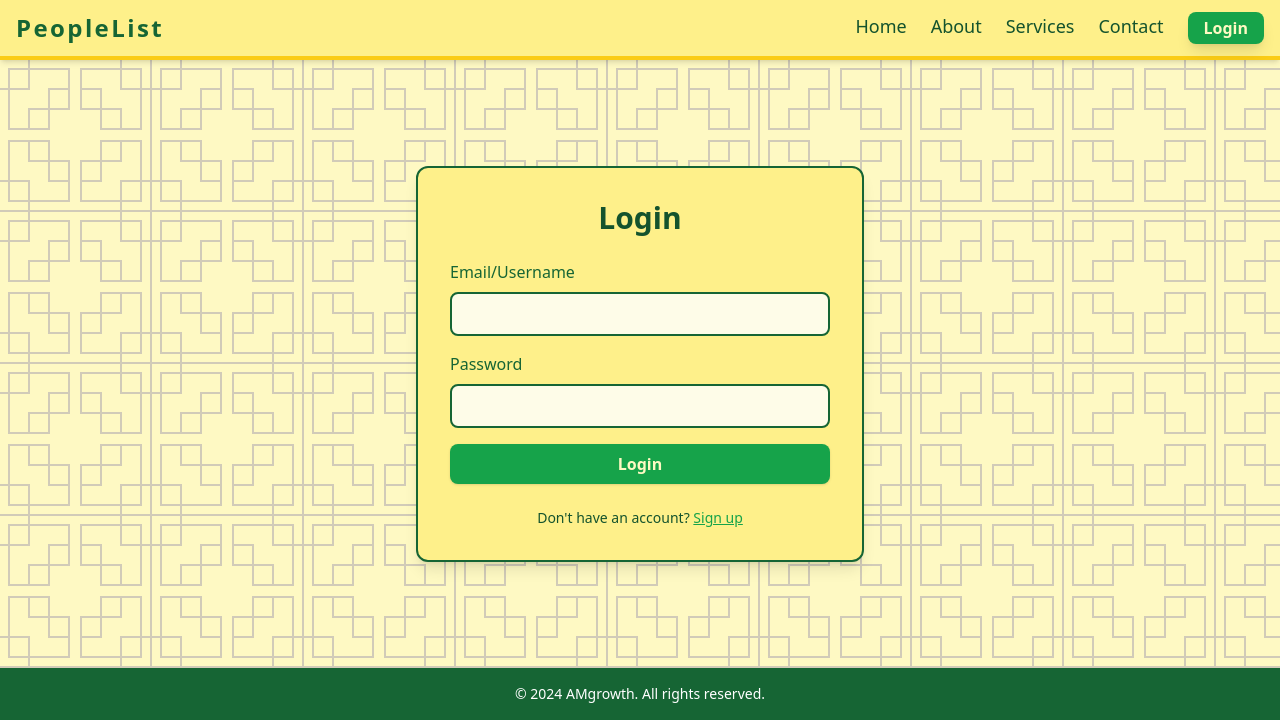
Repository: ArievfRahman-Dev/Mini-Project-II
Page: /login (app in miniproject2/)
These files come from the project's save history. The page is drawn as it stood at one moment and after the next save; the edit follows.
The browser window is 1280 px wide. The pictures show the whole page.
The project was rebuilt for these pictures with package versions that can differ from the ones it lists, and the page was loaded fresh each time. Also part of the build but not shown: miniproject2/vite.config.js, miniproject2/src/pages/HomePage/index.jsx, miniproject2/src/pages/DetailUser/index.jsx, miniproject2/src/pages/RegisterPages/index.jsx, miniproject2/src/routes/ProtectedRoute.jsx.

Above is the page before, as saved 2024-12-24 08:59:26.

### miniproject2/index.html
<!DOCTYPE html>
<html lang="en">
  <head>
    <meta charset="UTF-8" />
    <link rel="icon" type="image/svg+xml" href="/vite.svg" />
    <meta name="viewport" content="width=device-width, initial-scale=1.0" />
    <title>Vite + React</title>
    <link
      href="https://fonts.googleapis.com/css2?family=Roboto:wght@400;500;700&display=swap"
      rel="stylesheet"
    />
    <link
      href="https://cdn.jsdelivr.net/npm/remixicon/fonts/remixicon.css"
      rel="stylesheet"
    />
  </head>
  <body>
    <div id="root"></div>
    <script type="module" src="/src/main.jsx"></script>
  </body>
</html>

### miniproject2/src/App.jsx
import { BrowserRouter, Routes, Route } from "react-router-dom";
import { HomePage } from "./pages/HomePage";
import { DetailUser } from "./pages/DetailUser";
import { LoginPage } from "./pages/LoginPage";
import { RegisterPage } from "./pages/RegisterPages";
import { ProtectedRoute } from "./routes/ProtectedRoute";

export const App = () => {
  return (
    <div>
      <BrowserRouter>
        <Routes>
          <Route path="/" element={<HomePage />} />
          <Route
            path="/detail/:id"
            element={
              <ProtectedRoute>
                <DetailUser />
              </ProtectedRoute>
            }
          />
          <Route path="/login" element={<LoginPage />} />
          <Route path="/regist" element={<RegisterPage />} />
        </Routes>
      </BrowserRouter>
    </div>
  );
};

### miniproject2/src/pages/LoginPage/index.jsx
import axios from "axios";
import { useState } from "react";
import { useNavigate } from "react-router-dom";
import { Navbar } from "../../components/Navbar";
import { Footer } from "../../components/Footer";
import { Link } from "react-router-dom";
export const LoginPage = () => {
  const [form, setForm] = useState({
    email: "",
    password: "",
  });
  const [error, setError] = useState("");
  const [success, setSuccess] = useState("");
  const [loading, setLoading] = useState(false);

  const navigate = useNavigate();

  const handleChange = (e) => {
    setForm({
      ...form,
      [e.target.name]: e.target.value,
    });
  };

  const handleLogin = async (e) => {
    e.preventDefault();
    setLoading(true);
    try {
      const res = await axios.post("https://reqres.in/api/login", form);
      localStorage.setItem("access_token", res.data.token);
      setError("");
      setSuccess("Login Success");
      setTimeout(() => {
        navigate("/");
      }, 2000);
      console.log(res);
    } catch (error) {
      console.log(error.response);
      setError(error.response.data.error);
    } finally {
      setLoading(false);
    }
  };

  return (
    <div className="flex flex-col min-h-screen bg-yellow-100 ">
      <Navbar />
      <div className="flex items-center justify-center flex-1 p-4 bg-[url('data:[embedded picture, 899 characters]')] ">
        <div className="w-full max-w-md p-8 bg-yellow-200 border-2 border-green-800 shadow-lg rounded-xl ">
          <h1 className="mb-6 text-3xl font-bold text-center text-green-900 retro-font">
            Login
          </h1>

          <form>
            <div className="mb-4 ">
              <label
                htmlFor="email"
                className="block mb-2 font-medium text-green-800 retro-font"
              >
                Email/Username
              </label>
              <input
                type="email"
                name="email"
                onChange={handleChange}
                className="w-full px-4 py-2 text-green-900 border-2 border-green-800 rounded-lg focus:outline-none focus:ring-2 focus:ring-yellow-400 bg-yellow-50"
              />
            </div>
            <div className="mb-4">
              <label
                htmlFor="password"
                className="block mb-2 font-medium text-green-800 retro-font"
              >
                Password
              </label>
              <input
                type="password"
                name="password"
                onChange={handleChange}
                className="w-full px-4 py-2 text-green-900 border-2 border-green-800 rounded-lg focus:outline-none focus:ring-2 focus:ring-yellow-400 bg-yellow-50"
              />
            </div>
            {error && <p className="mb-4 text-sm text-red-500">{error}</p>}
            {success && (
              <p className="mb-4 text-sm text-green-500">{success}</p>
            )}
            <button
              disabled={loading}
              onClick={handleLogin}
              className={`w-full px-4 py-2 font-semibold text-yellow-100 rounded-lg shadow retro-font ${
                loading
                  ? "bg-yellow-400 cursor-not-allowed"
                  : "bg-green-600 hover:bg-green-800"
              } focus:outline-none focus:ring-2 focus:ring-green-400 focus:ring-offset-1`}
              type="submit"
            >
              {loading ? "Loading..." : "Login"}
            </button>
          </form>
          <p className="mt-6 text-sm text-center text-green-900">
            Don't have an account?{" "}
            <Link
              to={`/regist`}
              className="text-green-600 underline hover:text-green-800 retro-font"
            >
              Sign up
            </Link>
          </p>
        </div>
      </div>
      <Footer />
    </div>
  );
};

### miniproject2/src/components/Navbar/index.jsx
import { Link, useNavigate } from "react-router-dom";
import { useState } from "react";

export const Navbar = () => {
  const navigate = useNavigate();
  const token = localStorage.getItem("access_token");
  const [isMenuOpen, setIsMenuOpen] = useState(false);
  const [activeLink, setActiveLink] = useState("");

  const handleLogout = () => {
    localStorage.clear();
    setTimeout(() => {
      navigate("/login");
    }, 1000);
  };

  const toggleMenu = () => {
    setIsMenuOpen((prevState) => !prevState);
  };

  const closeMenu = () => {
    setIsMenuOpen(false);
  };

  const handleLinkClick = (sectionId) => {
    setActiveLink(sectionId);
    closeMenu();
  };

  return (
    <nav className="sticky top-0 z-50 bg-yellow-200 border-b-4 border-yellow-400 shadow-md">
      <div className="container mx-auto px-4 py-3 flex justify-between items-center">
        <Link
          to="/"
          className="text-2xl font-bold text-green-800 retro-font tracking-widest"
        >
          PeopleList
        </Link>

        <div className="hidden md:flex space-x-6">
          <Link
            to="/"
            className={`text-green-900 hover:text-yellow-700 font-medium text-lg ${
              activeLink === "home" ? "text-yellow-700" : ""
            }`}
            onClick={() => handleLinkClick("home")}
          >
            Home
          </Link>
          <Link
            to="/"
            className={`text-green-900 hover:text-yellow-700 font-medium text-lg ${
              activeLink === "about" ? "text-yellow-700" : ""
            }`}
            onClick={() => handleLinkClick("about")}
          >
            About
          </Link>
          <Link
            to="/"
            className={`text-green-900 hover:text-yellow-700 font-medium text-lg ${
              activeLink === "services" ? "text-yellow-700" : ""
            }`}
            onClick={() => handleLinkClick("services")}
          >
            Services
          </Link>
          <Link
            to="/"
            className={`text-green-900 hover:text-yellow-700 font-medium text-lg ${
              activeLink === "contact" ? "text-yellow-700" : ""
            }`}
            onClick={() => handleLinkClick("contact")}
          >
            Contact
          </Link>
          {token ? (
            <button
              className="px-4 py-1 font-semibold text-yellow-100 transition-colors bg-gray-500 rounded-lg hover:bg-gray-600 retro-font shadow-lg"
              onClick={handleLogout}
            >
              Logout
            </button>
          ) : (
            <Link
              to="/login"
              className="px-4 py-1 font-semibold text-yellow-100 transition-colors bg-green-600 rounded-lg hover:bg-green-800 retro-font shadow-lg"
            >
              Login
            </Link>
          )}
        </div>
        <div className="md:hidden" onClick={toggleMenu}>
          <i className={isMenuOpen ? "ri-close-line" : "ri-menu-line"}></i>
        </div>
      </div>
      {isMenuOpen && (
        <div className="md:hidden flex flex-row justify-between mx-4 items-center py-3 bg-yellow-200">
          <Link
            to="/"
            className={`text-green-900 hover:text-yellow-700 font-medium text-lg py-2 ${
              activeLink === "home" ? "text-yellow-700" : ""
            }`}
            onClick={() => handleLinkClick("home")}
          >
            Home
          </Link>
          <Link
            to="/"
            className={`text-green-900 hover:text-yellow-700 font-medium text-lg py-2 ${
              activeLink === "about" ? "text-yellow-700" : ""
            }`}
            onClick={() => handleLinkClick("about")}
          >
            About
          </Link>
          <Link
            to="/"
            className={`text-green-900 hover:text-yellow-700 font-medium text-lg py-2 ${
              activeLink === "services" ? "text-yellow-700" : ""
            }`}
            onClick={() => handleLinkClick("services")}
          >
            Services
          </Link>
          <Link
            to="/"
            className={`text-green-900 hover:text-yellow-700 font-medium text-lg py-2 ${
              activeLink === "contact" ? "text-yellow-700" : ""
            }`}
            onClick={() => handleLinkClick("contact")}
          >
            Contact
          </Link>
          {token ? (
            <button
              className="px-4 py-2 font-semibold text-yellow-100 bg-gray-500 rounded-lg hover:bg-gray-600 retro-font shadow-lg mt-2"
              onClick={handleLogout}
            >
              Logout
            </button>
          ) : (
            <Link
              to="/login"
              className="px-4 py-2 font-semibold text-yellow-100 bg-green-600 rounded-lg hover:bg-green-800 retro-font shadow-lg mt-2"
              onClick={closeMenu}
            >
              Login
            </Link>
          )}
        </div>
      )}
    </nav>
  );
};

### miniproject2/src/components/Footer/index.jsx
export const Footer = () => {
  return (
    <div className="bg-green-800 text-white py-4">
      <div className="container mx-auto text-center">
        <p className="text-sm">
          &copy; {new Date().getFullYear()} AMgrowth. All rights reserved.
        </p>
      </div>
    </div>
  );
};

Loaded but not shown: miniproject2/src/main.jsx (common file); miniproject2/src/index.css (common file); miniproject2/tailwind.config.js (common file)

After the next save:
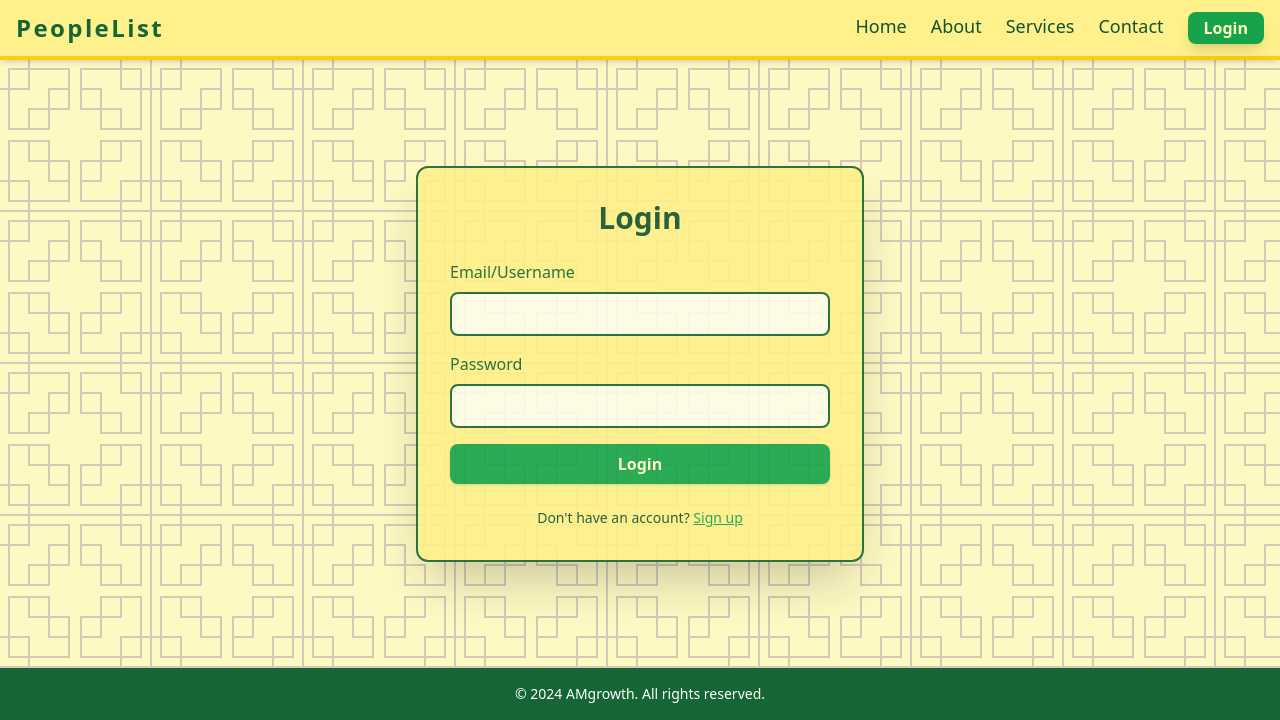
Saved 102 s later.
--- a/miniproject2/src/pages/LoginPage/index.jsx
+++ b/miniproject2/src/pages/LoginPage/index.jsx
@@ -46,7 +46,7 @@ export const LoginPage = () => {
     <div className="flex flex-col min-h-screen bg-yellow-100 ">
       <Navbar />
       <div className="flex items-center justify-center flex-1 p-4 bg-[url('data:[embedded picture, 899 characters]')] ">
-        <div className="w-full max-w-md p-8 bg-yellow-200 border-2 border-green-800 shadow-lg rounded-xl ">
+        <div className="w-full max-w-md p-8 bg-yellow-200 border-2 border-green-800 shadow-2xl opacity-90 rounded-xl ">
           <h1 className="mb-6 text-3xl font-bold text-center text-green-900 retro-font">
             Login
           </h1>
